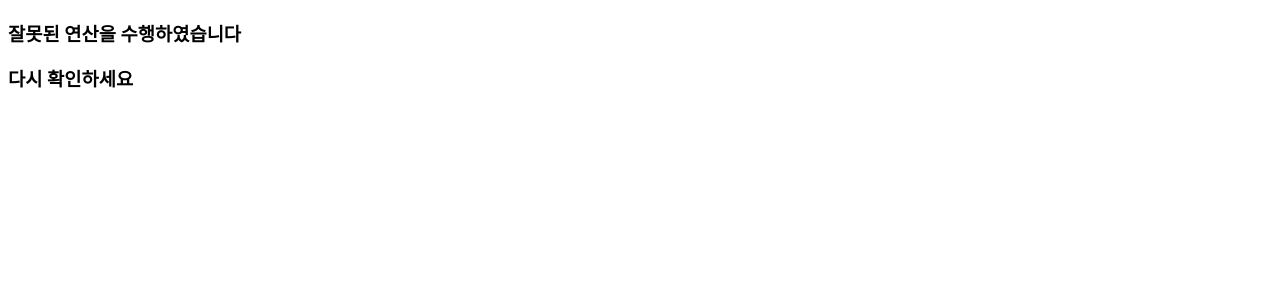
Repository: mi-ci/ai
Page: http://localhost/jsp01/ch01/e1_error.jsp
An editor plug-in stored every save of this project. The page is shown before and after the next save, followed by the edit.
The browser window is 1280 px wide. The pictures show the whole page.
The page is served by Tomcat 9.

Above is the page before, as saved 2024-01-17 02:42:34.

After the next save:
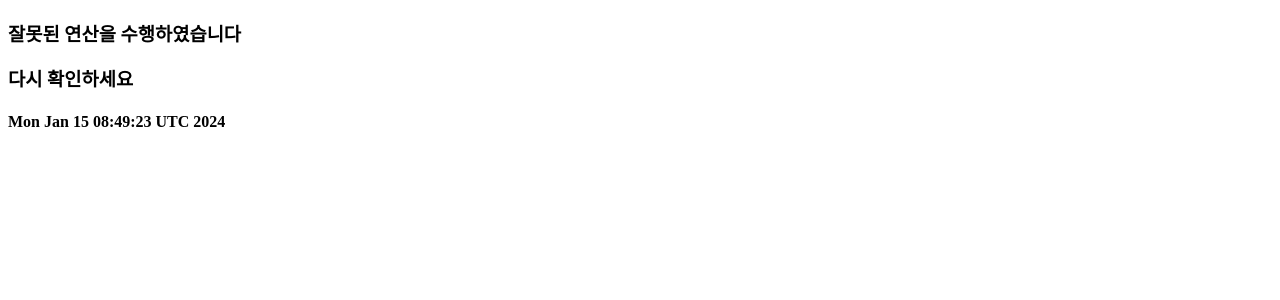
Saved 20 s later.
--- a/jsp01/src/main/webapp/ch01/e1_error.jsp
+++ b/jsp01/src/main/webapp/ch01/e1_error.jsp
@@ -11,6 +11,6 @@
 <body>
 	<h3>잘못된 연산을 수행하였습니다</h3>
 	<h3>다시 확인하세요</h3>
-	<h4><% new Date(); %></h4>
+	<h4><%= new Date() %></h4>
 </body>
 </html>
